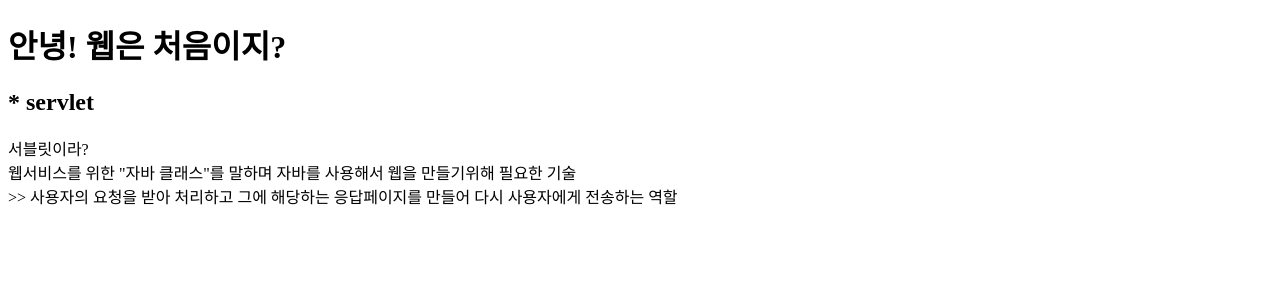
Repository: KimMJ0964/8file
Page: workspace/6_servlet/1_Servlet/src/main/webapp/index.html
An editor plug-in stored every save of this project. The page is shown before and after the next save, followed by the edit.
The browser window is 1280 px wide. The pictures show the whole page.

Above is the page before, as saved 2024-09-06 03:31:33.

After the next save:
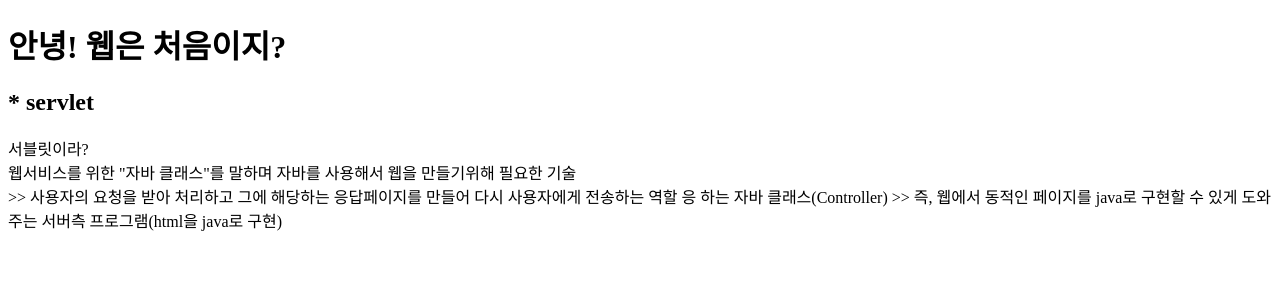
Saved 112 s later.
--- a/workspace/6_servlet/1_Servlet/src/main/webapp/index.html
+++ b/workspace/6_servlet/1_Servlet/src/main/webapp/index.html
@@ -13,6 +13,8 @@
 		서블릿이라? <br>
 		웹서비스를 위한 "자바 클래스"를 말하며 자바를 사용해서 웹을 만들기위해 필요한 기술<br>
 			>> 사용자의 요청을 받아 처리하고 그에 해당하는 응답페이지를 만들어 다시 사용자에게 전송하는 역할
+				응 하는 자바 클래스(Controller)
+			>> 즉, 웹에서 동적인 페이지를 java로 구현할 수 있게 도와주는 서버측 프로그램(html을 java로 구현)
 	</p>
 </body>
 </html>
